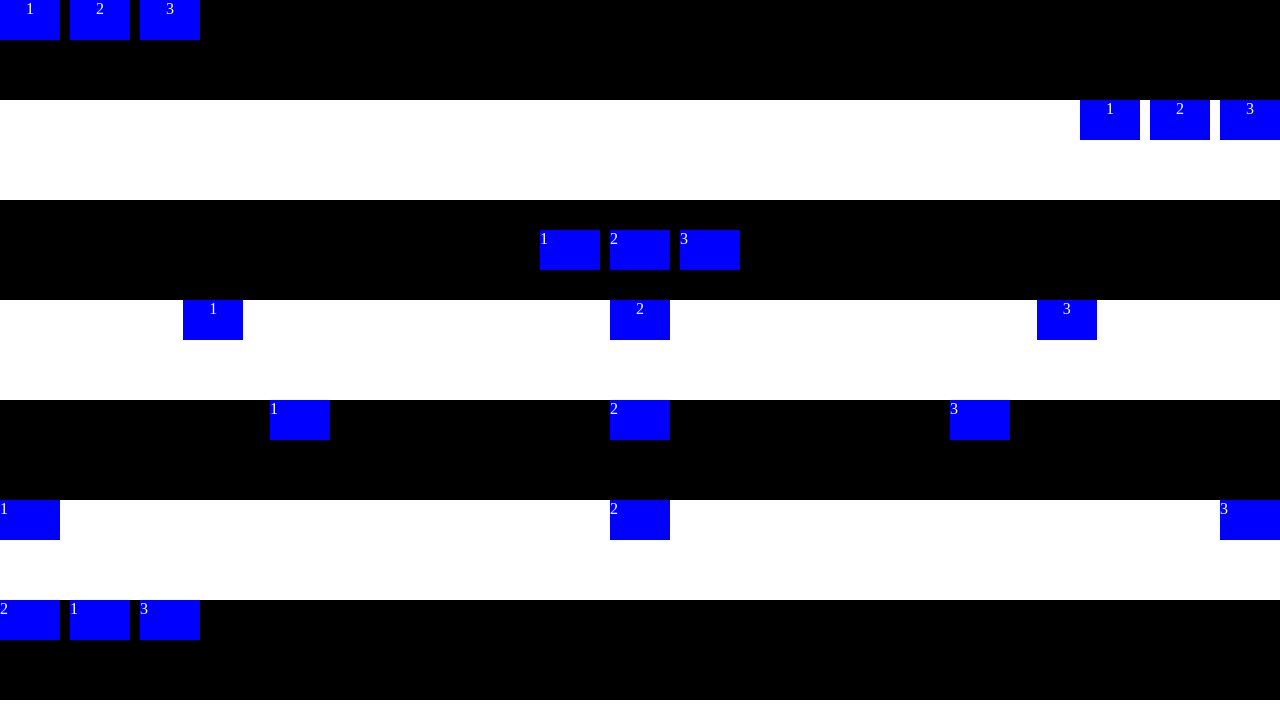
Repository: Elesion08/flexbox
Page: index.html
An editor plug-in stored every save of this project. The page is shown before and after a run of saves, followed by the edit.
The browser window is 1280 px wide. The pictures show the whole page.

Above is the page before, as saved 2025-04-15 08:44:35.

After the next 3 saves:
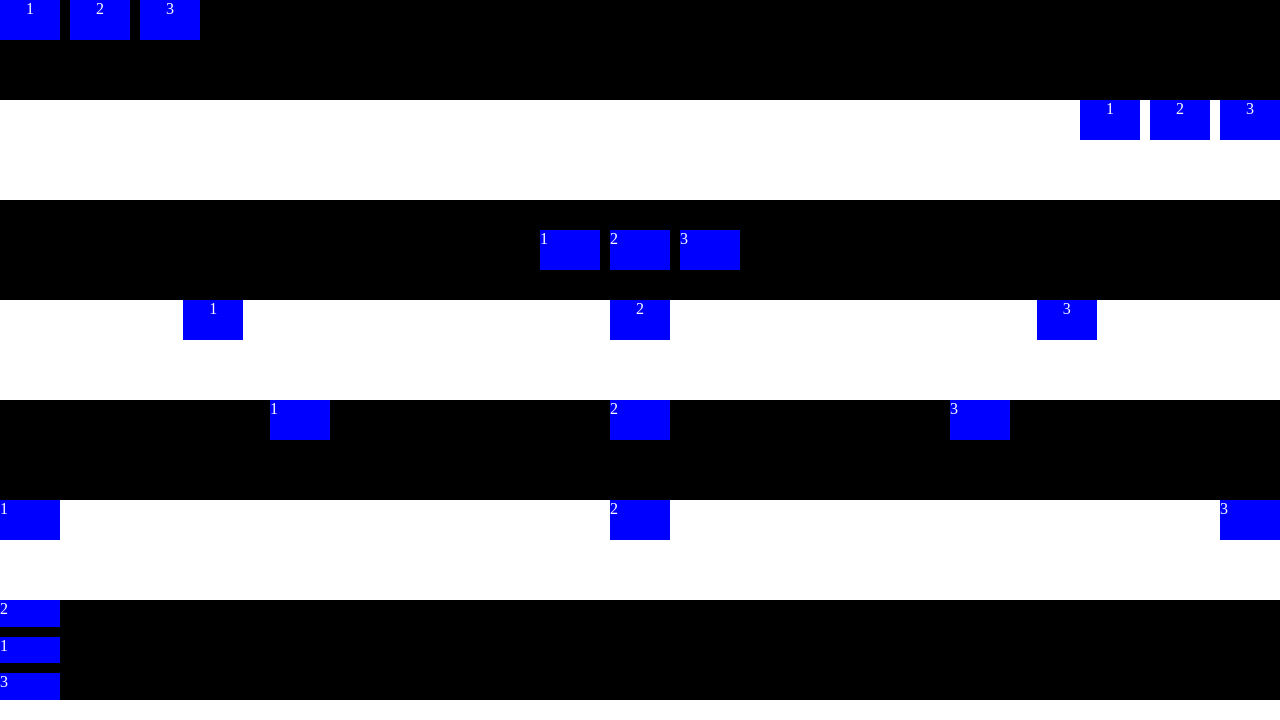
The 3 saves are shown as one change because they came seconds apart.
The last was saved 14 s later.
--- a/style.css
+++ b/style.css
@@ -161,7 +161,7 @@
     .container__card7 {
         /* deixa os itens e suas posições flexiveis */
         display: flex;
-        flex-direction: ;
+        flex-direction: column;
         /* centraliza os elementos filhos verticalmente */
         background-color: black;
         /* distância entre os elementos filhos */
